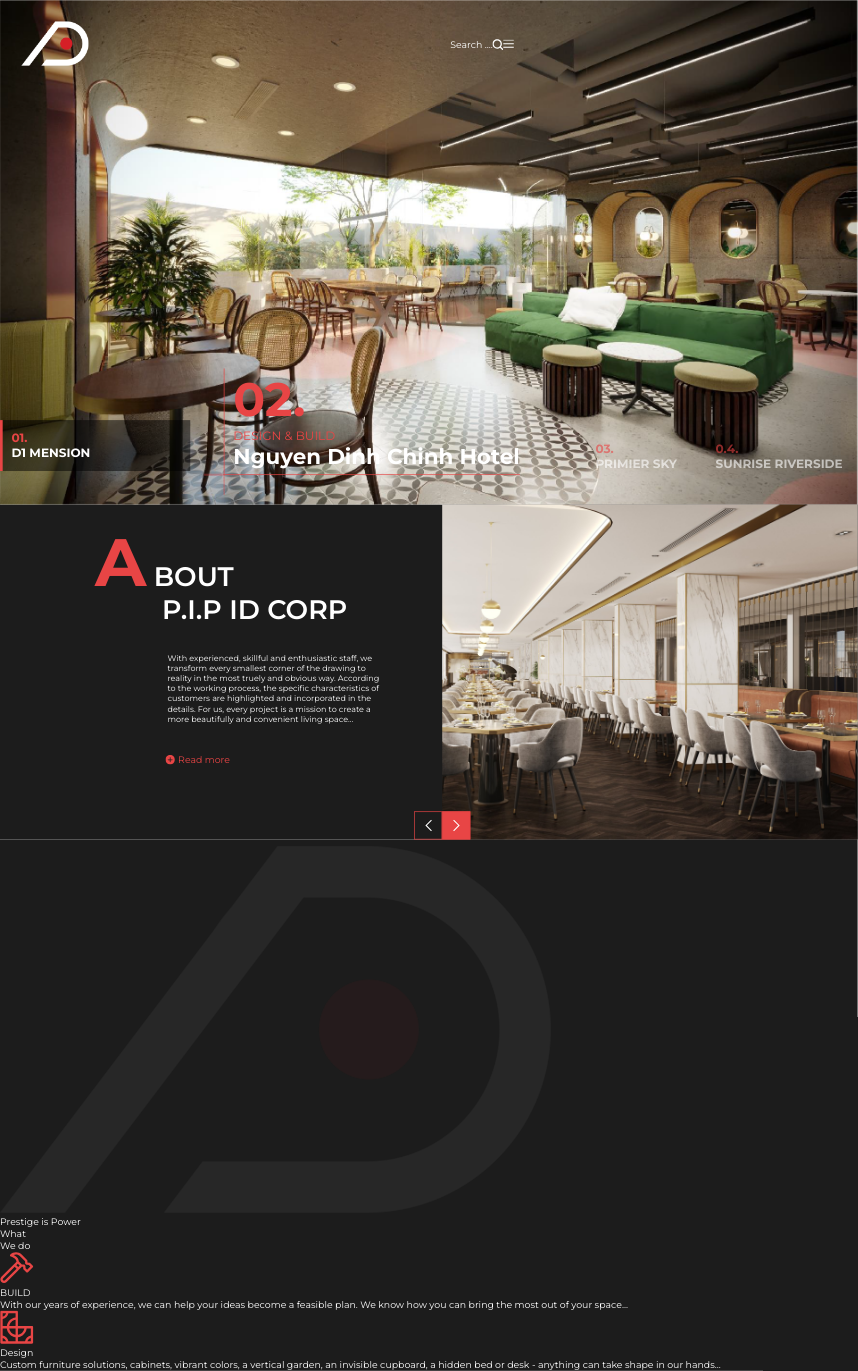
Repository: huudang2840/pipHomePage
Page: index.html
An editor plug-in stored every save of this project. The page is shown before and after the next save, followed by the edit.
The browser window is 1280 px wide. The pictures show the whole page, at 67% of full size.

Above is the page before, as saved 2023-03-21 14:45:47.

After the next save:
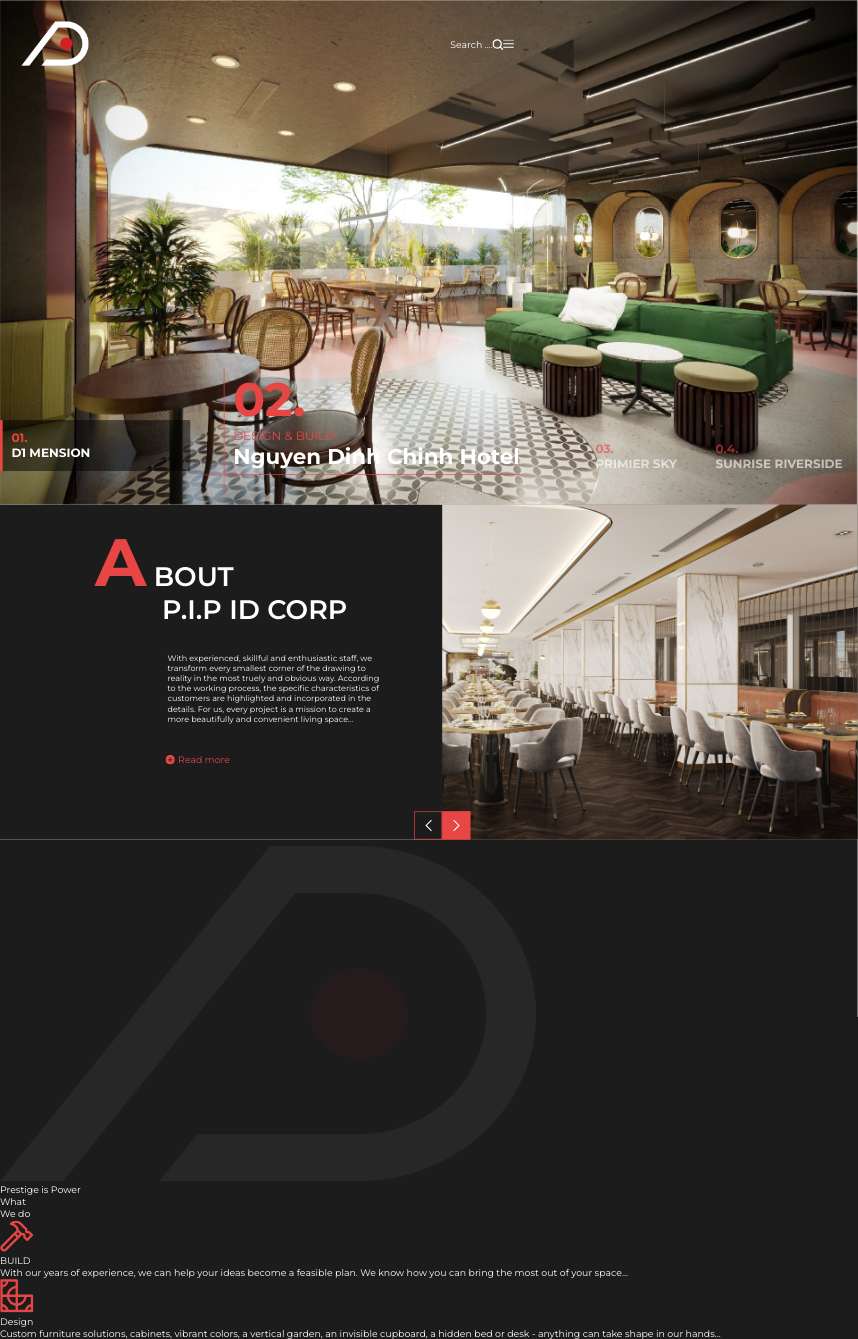
Saved 20 s later.
--- a/style/style.css
+++ b/style/style.css
@@ -242,6 +242,6 @@
 }
 
 .wedo__top__logo img {
-  width: 822px;
-  height: 547px;
-}
+  width: 800px;
+  height: 500px;
+}
